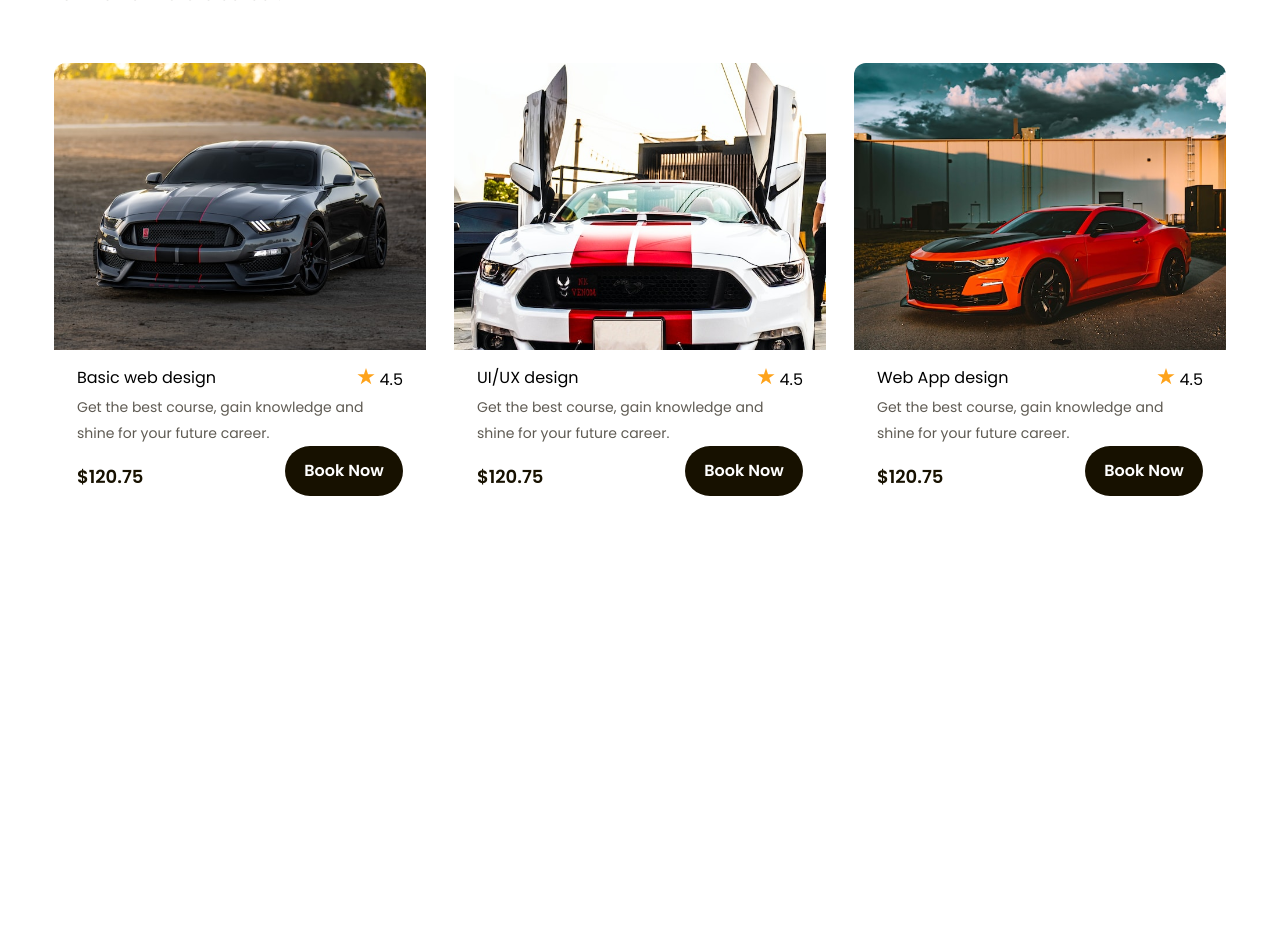
Repository: dongnguyen2112/htmlcss-project-02
Page: index.html
These files come from the project's save history. The page is drawn as it stood at one moment and after the next save; the edit follows.
The browser window is 1280 px wide. The pictures show the part of the page from y = 1215 to 2167 px (the page is 5000 px tall).
A picture or video elsewhere on the page could not be fetched, so the positions and the page height are approximate.

Above is the page before, as saved 2023-07-06 13:27:35.

### index.html
<!DOCTYPE html>
<html lang="en">
    <head>
        <meta charset="UTF-8" />
        <meta name="viewport" content="width=device-width, initial-scale=1.0" />
        <title>F8 project 01</title>
        <!-- Reset CSS -->
        <link rel="stylesheet" href="./assets/css/reset.css" />
        <!-- Font -->
        <link rel="preconnect" href="https://fonts.googleapis.com" />
        <link rel="preconnect" href="https://fonts.gstatic.com" crossorigin />
        <link
            href="https://fonts.googleapis.com/css2?family=Poppins:ital,wght@0,400;0,500;0,600;0,700;1,400&family=Sen:wght@700&display=swap"
            rel="stylesheet"
        />
        <!-- Style CSS -->
        <link rel="stylesheet" href="./assets/css/styles.css" />
    </head>
    <body>
        <main style="height: 5000px">
            <!-- Header -->
            <header class="header fixed">
                <div class="main-content">
                    <div class="body">
                        <!-- Logo -->
                        <img src="./assets/img/Logo..png" alt="" class="logo">
                        <!-- Nav -->
                        <nav class="nav">
                            <ul>
                                <li class="active">
                                    <a href="#!">Home</a>
                                </li>
                                <li>
                                    <a href="#!">Courses</a>
                                </li>
                                <li>
                                    <a href="#!">Pricing</a>
                                </li>
                                <li>
                                    <a href="#!">Reviews</a>
                                </li>
                            </ul>
                        </nav>
                        <!-- Action -->
                        <div class="action">
                            <a href="#!" class="btn sign-up-btn">Sign Up </a>
                        </div>
                    </div>
            </header>
            <!-- Hero -->
            <div class="hero">
                <div class="main-content">
                    <div class="body">
                        <!-- Hero-left -->
                        <div class="media-block">
                            <img src="./assets/img/hero-img.jpg" alt="Learn without limits and spread knowledge." class="img">
                            <div class="hero-summary">
                                <div class="item">
                                    <div class="icon">
                                        <img src="./assets/icon/list.svg" alt="">
                                    </div>
                                    <div class="info">
                                        <div class="lable">20 Courses</div>
                                        <div class="title">UI/UX Design</div>
                                    </div>
                                </div>
                                <div class="item">
                                    <div class="icon">
                                        <img src="./assets/icon/code.svg" alt="">
                                    </div>
                                    <div class="info">
                                        <div class="lable">20 Courses</div>
                                        <div class="title">Development</div>
                                    </div>
                                </div>
                                <div class="item">
                                    <div class="icon">
                                        <img src="./assets/icon/speaker.svg" alt="">
                                    </div>
                                    <div class="info">
                                        <div class="lable">30 Courses</div>
                                        <div class="title">Marketing</div>
                                    </div>
                                </div>
                            </div>
                        </div>
                        <!-- Hero-right -->
                        <div class="content-block">
                            <h1 class="heading lv1">Learn without limits and spread knowledge.</h1>
                            <p class="desc">Build new skills for that “this is my year” feeling with courses, certificates, and degrees from world-class universities and companies.</p>
                            <div class="cta-group">
                                <a href="#!" class="btn hero-cta">See Courses</a>
                                <button class="watch-video">
                                    <div class="icon">
                                        <img src="./assets/icon/play.svg" alt="">
                                    </div>
                                    <span>Watch Video</span>
                                </button>
                            </div>
                            <p class="desc">Recent engagement</p>
                            <p class="desc stats">
                               <strong>50K</strong> Students
                                <strong>70+</strong> Courses
                            </p>
                        </div>
                    </div>
                </div>
            </div>
            <!-- Popular -->
            <div class="popular">
                <div class="main-content">
                    <div class="popular-top">
                        <div class="info">
                            <h2 class="heading lv2">Our popular courses</h2>
                            <p class="desc">Build new skills with new trendy courses and shine for the next future career.</p>
                        </div>
                        <div class="control">
                            <button class="control-btn">
                                <img src="./assets/icon/control.svg" alt="">
                            </button>
                        </div>
                    </div>
                    <!-- Course-item 1 -->
                    <div class="course-list">
                        <div class="course-item">
                            <img src="./assets/img/course-1.jpg" alt="Basic web design" class="thumb">
                            <div class="info">
                                <div class="head">
                                    <h3 class="title">Basic web design</h3>
                                    <div class="rating">
                                        <img src="./assets/icon/Star.svg" alt="" class="star">
                                        <span class="value">4.5</span>
                                    </div>
                                </div>
                                <p class="desc">Get the best course, gain knowledge and shine for your future career.</p>
                                <div class="foot">
                                    <span class="price">$120.75</span>
                                    <div class="btn">Book Now</div>
                                </div>
                            </div>
                        </div>

                    <!-- Course-item 2 -->
                        <div class="course-item">
                            <img src="./assets/img/course-2.jpg" alt="Basic web design" class="thumb">
                            <div class="info">
                                <div class="head">
                                    <h3 class="title">UI/UX design</h3>
                                    <div class="rating">
                                        <img src="./assets/icon/Star.svg" alt="" class="star">
                                        <span class="value">4.5</span>
                                    </div>
                                </div>
                                <p class="desc">Get the best course, gain knowledge and shine for your future career.</p>
                                <div class="foot">
                                    <span class="price">$120.75</span>
                                    <div class="btn">Book Now</div>
                                </div>
                            </div>
                        </div>
                    <!-- Course-item 3 -->
                        <div class="course-item">
                            <img src="./assets/img/course-3.jpg" alt="Basic web design" class="thumb">
                            <div class="info">
                                <div class="head">
                                    <h3 class="title">Web App design</h3>
                                    <div class="rating">
                                        <img src="./assets/icon/Star.svg" alt="" class="star">
                                        <span class="value">4.5</span>
                                    </div>
                                </div>
                                <p class="desc">Get the best course, gain knowledge and shine for your future career.</p>
                                <div class="foot">
                                    <span class="price">$120.75</span>
                                    <div class="btn">Book Now</div>
                                </div>
                            </div>
                        </div>
                    </div>
                </div>
            </div>
        </main>
    </body>
</html>

### assets/css/styles.css
* {
    box-sizing: border-box;
}
html {
    font-size: 62.5%;
}
body {
    font-size: 1.6rem;
    font-family: "Poppins", sans-serif;
}
:root {
    --primary-color: #ffb900;
    --font-heading: Sen, sans-serif;
}
/* Common */
a {
    text-decoration: none;
}
.main-content {
    width: 1170px;
    max-width: calc(100% - 48px);
    margin-left: auto;
    margin-right: auto;
}
.btn {
    display: inline-block;
    min-width: 118px;
    padding: 0 16px;
    line-height: 50px;
    color: #fff;
    text-align: center;
    font-size: 1.6rem;
    font-weight: 600;
    border-radius: 999px;
    background: #171100;
}
.btn:hover {
    opacity: 0.9;
}
.heading {
    color: #171100;
    font-family: var(--font-heading);
    font-weight: 700;
    letter-spacing: -0.02em;
}
.heading.lv1 {
    font-size: 5.8rem;
    line-height: 1.17;
}
.heading.lv2 {
    font-size: 3.8rem;
    line-height: 1.26;
}
/* Header */
.header {
    background: #fffcf4;
}
.header.fixed {
    position: sticky;
    top: -28px;
    z-index: 1;
}
.header .body {
    display: flex;
    align-items: center;
    padding: 36px 0 8px;
}
.header .sign-up-btn {
    min-width: 114px;
}
.header .action {
    margin-left: 49px;
}
.nav {
    margin-left: auto;
}
.nav ul {
    display: flex;
}
.nav a {
    color: #5f5b53;
    font-size: 1.6rem;
    padding: 8px 21px;
    position: relative;
}
.nav a:hover,
.nav .active a {
    color: #171100;
    font-size: 1.6rem;
    /* font-weight: 600; */
    text-shadow: 1px 0 0 currentColor;
}
.nav .active a::after {
    content: "";
    left: 21px;
    display: block;
    width: 12px;
    height: 2px;
    border-radius: 1px;
    background: #171100;
    position: absolute;
    bottom: 6px;
}
/* hero */
.hero {
    padding: 56px 0 65px;
    background: #fffcf4;
}
.hero .body {
    display: flex;
}
/* hero-left */
.hero .media-block {
    width: 48%;
    position: relative;
}
.hero .media-block .img {
    width: 470px;
    height: 685px;
    object-fit: cover;
    border-radius: 20px;
    display: block;
}
.hero-summary {
    position: absolute;
    right: 0;
    bottom: 48px;
    border-radius: 12px;
    background: #fff;
    box-shadow: 0px 16px 32px 0px rgba(0, 0, 0, 0.05);
    width: 270px;
    padding: 24px;
}
.hero-summary .item {
    display: flex;
    align-items: center;
}
.hero-summary .item + .item {
    margin-top: 22px;
}
.hero-summary .icon {
    width: 48px;
    height: 48px;
    border-radius: 50%;
    display: flex;
    align-items: center;
    justify-content: center;
    background: #fff9e8;
}
.hero-summary .item:nth-last-of-type(2) .icon {
    background: #fcefff;
}
.hero-summary .item:nth-child(3) .icon {
    background: #ebeaff;
}
.hero-summary .info {
    margin-left: 16px;
}
.hero-summary .label {
    font-size: 1.4rem;
    line-height: 1.86;
    color: #5f5b53;
}
.hero-summary .title {
    color: #171100;
    font-size: 1.4rem;
    font-weight: 600;
    line-height: 1.67;
}
/* hero-right */
.hero .content-block {
    width: 52%;
    padding: 64px 0 0 130px;
}

.hero .desc {
    margin-top: 22px;
    color: #5f5b53;
    font-size: 1.8rem;
    font-weight: 400;
    line-height: 1.67;
}
.hero .cta-group {
    margin: 38px 0 48px;
    display: flex;
    align-items: center;
}
.hero .hero-cta {
    background: var(--primary-color);
    line-height: 64px;
    min-width: 180px;
}
.hero .watch-video {
    display: flex;
    margin-left: 28px;
    border: none;
    background: transparent;
    align-items: center;
    cursor: pointer;
}
.hero .watch-video span {
    margin-left: 14px;
    color: #171100;
    font-size: 1.8rem;
    font-weight: 600;
    line-height: 1.67;
}
.hero .stats {
    margin: 8px 0 0 -28px;
}
.hero .stats strong {
    color: #171100;
    font-size: 4.4rem;
    font-weight: 700;
    line-height: 54px;
    font-family: var(--font-heading);
    padding: 0 8px 0 28px;
}
/* popular */
.popular {
    padding: 65px 0;
    margin-top: 135px;
}
.popular-top {
    display: flex;
    justify-content: space-between;
}
.popular-top .desc {
    margin-top: 16px;
    width: 458px;
    color: #5f5b53;
    font-size: 1.8rem;
    line-height: 1.67;
}
.popular .course-list {
    display: flex;
    margin-top: 55px;
    gap: 30px;
}
.popular .course-item {
    flex: 1;
    border-radius: 12px;
    background: #fff;
}
.popular .course-item .thumb {
    width: calc(100% + 2px);
    border-radius: 12px 12px 0px 0px;
    height: 287px;
    object-fit: cover;
    margin: -1px;
}
.popular .course-item .info {
    padding: 16px 22px 22px;
}
.popular .course-item .head {
    display: flex;
    align-items: center;
    justify-content: space-between;
}
.popular .course-item .desc {
    color: #5f5b53;
    font-size: 1.4rem;
    font-weight: 400;
    line-height: 26px;
    margin-top: 6px;
}
.popular .course-item .foot .price {
    color: #171100;
    font-size: 1.8rem;
    font-weight: 600;
    margin-top: 22px;
}
.popular .course-item .foot{
    display: flex;
    justify-content: space-between;
    margin-top: ;
}

Loaded but not shown: assets/css/reset.css (common file)

After the next save:
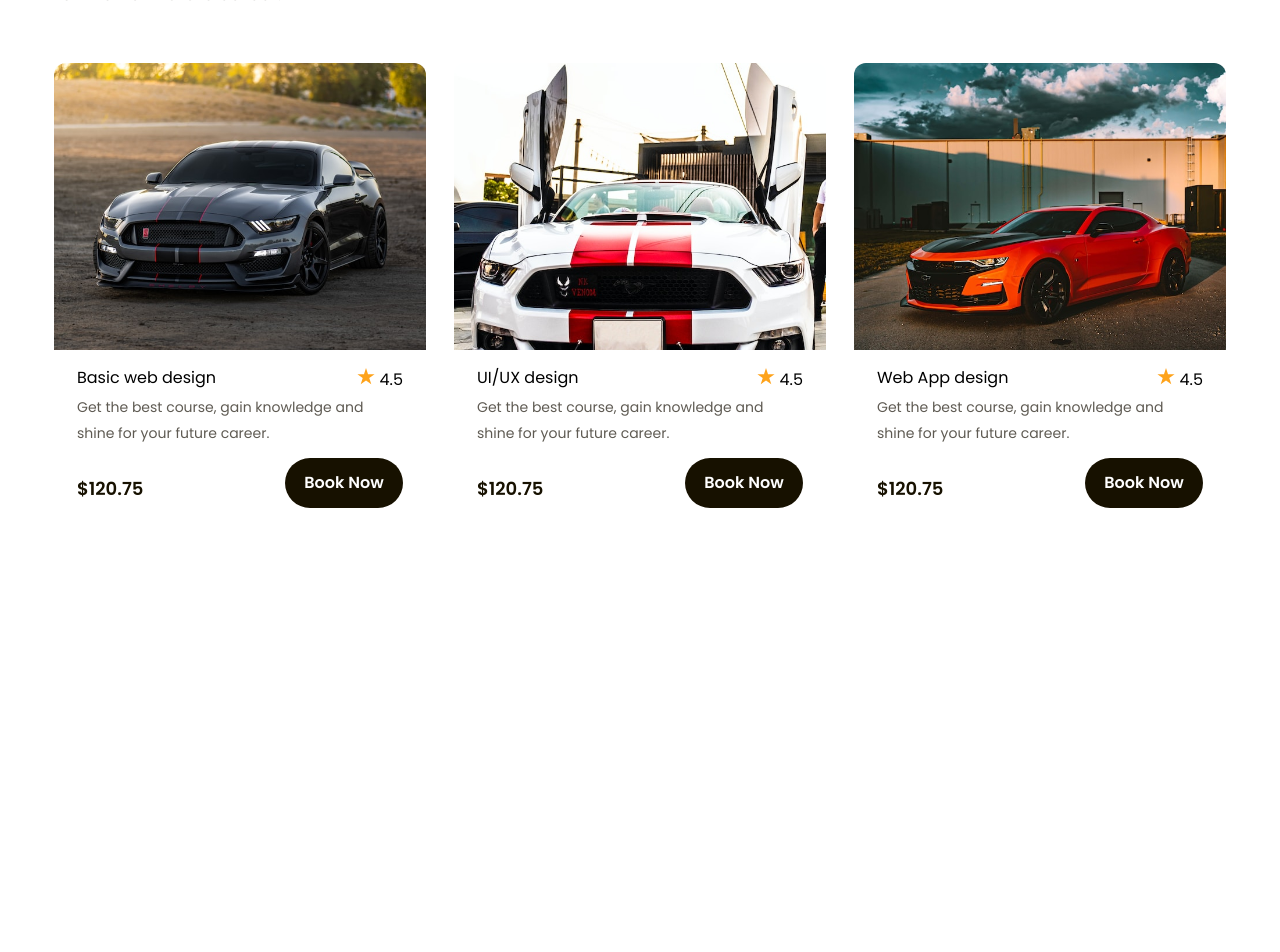
Saved 7 s later.
--- a/assets/css/styles.css
+++ b/assets/css/styles.css
@@ -273,5 +273,5 @@
 .popular .course-item .foot{
     display: flex;
     justify-content: space-between;
-    margin-top: ;
-}
+    margin-top: 12px;
+}
